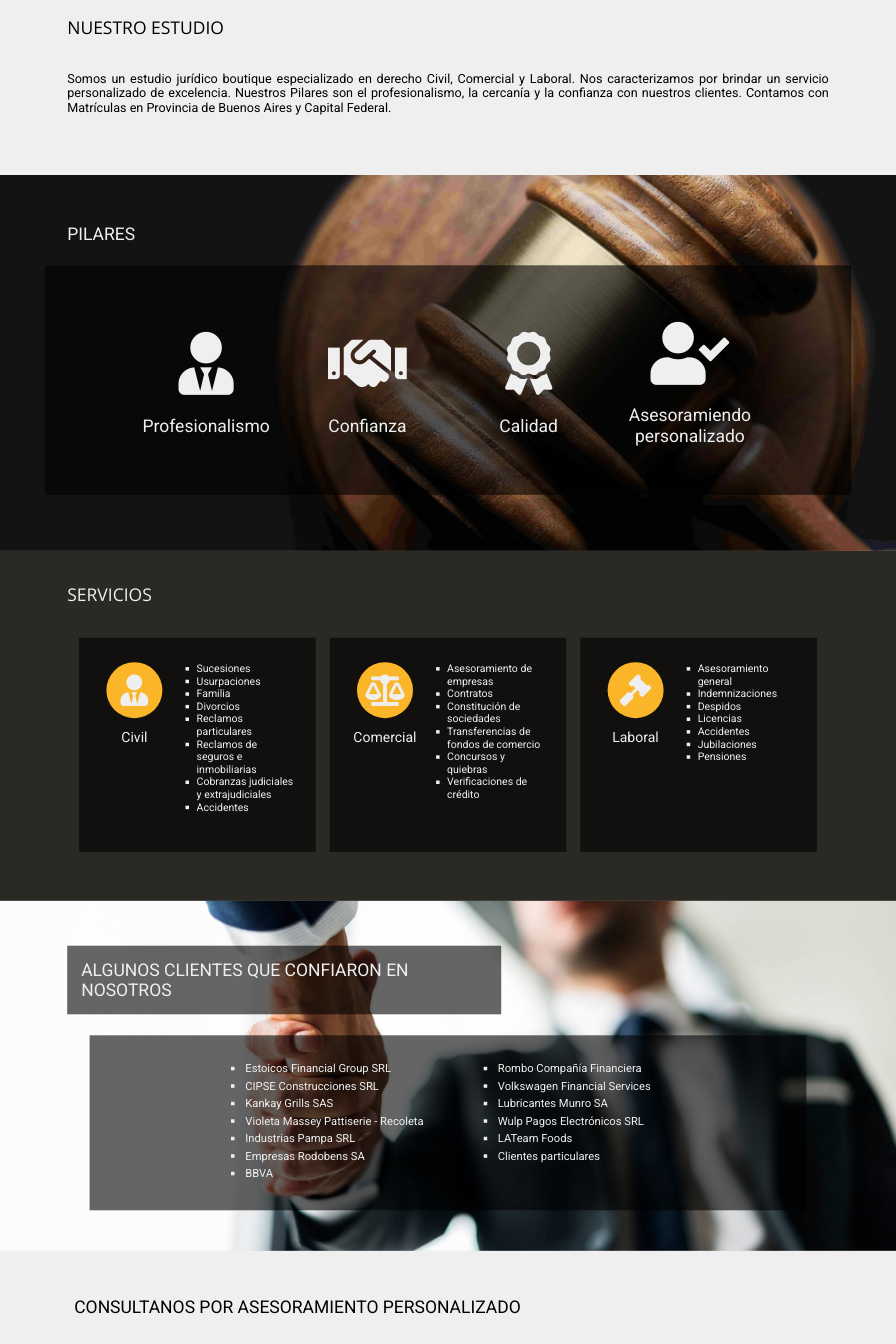
Repository: r-urchi/SML
Page: index.html
An editor plug-in stored every save of this project. The page is shown before and after the next save, followed by the edit.
The browser window is 1280 px wide. The pictures show the part of the page from y = 870 to 2790 px (the page is 3474 px tall before and 3445 px after), at 70% of full size.
Some web libraries are served in a nearby version. The style sheet was rebuilt from its Sass, Less or Tailwind sources for each picture, by a compiler version that may differ from the author's.

Above is the page before, as saved 2021-01-24 11:46:37.

### index.html
<!DOCTYPE html>
<html lang="es">
<head>
    <meta charset="UTF-8">
    <meta name="viewport" content="width=device-width, initial-scale=1.0">
    <meta name="format-detection" content="telephone=no">
    <meta name="description" content="Somos un estudio jurídico boutique especializado en derecho Civil, Comercial y Laboral. Nos caracterizamos por brindar un servicio personalizado de excelencia. Nuestros Pilares son el profesionalismo, la cercanía y la confianza con nuestros clientes. Contamos con Matrículas en Provincia de Buenos Aires y Capital Federal.">
    <meta name="keywords" content="abogados, estudio juridico, argentina, capital federal, buenos aires, asesoria, resolucion, disputas, consulta juridica, legal, bufete de abogados, equipo de abogados, comercial, fuero civil, familia, fuero comercial, fuero laboral, extrajudicial">
    <link rel="preconnect" href="https://fonts.gstatic.com">
    <link rel="stylesheet" href="https://cdnjs.cloudflare.com/ajax/libs/font-awesome/5.13.0/css/all.min.css">
    <script src="js/jquery-3.5.1.min.js"></script>
    <link rel="preconnect" href="https://fonts.gstatic.com">
    <link href="https://fonts.googleapis.com/css2?family=Open+Sans:wght@300;400;700&family=Roboto:wght@300;400;700&display=swap" rel="stylesheet">
    <link rel="stylesheet" href="css/main.css">
    <link rel="icon" type="image/jpg" href="img/icon.ico">
    <title>SML - Abogados</title>
</head>
<body>

    <span class="ir-arriba"><i class="fas fa-chevron-circle-up"></i></span>
    <a href="https://api.whatsapp.com/send?text=&phone=541168524426" target="_blank" class="btn-whatsapp"><span>CONTACTANOS POR WHATSAPP</span><i class="fab fa-whatsapp"></i></a>

    <nav class="nav-desktop">
        <ul class="nav-desktop__lista">
            <li><a href="#home">HOME</a></li>
            <li><a href="#estudio">NUESTRO ESTUDIO</a></li>
            <li><a href="#servicios">SERVICIOS</a></li>
            <li><a href="#clientes">CLIENTES</a></li>
            <li><a href="#contacto">CONTACTO</a></li>
        </ul>
    </nav>

    <header class="header" id="home">

        <div class="portada contenedor-portada">
            <div class="portada__img">
                <img src="img/logo-alta.png" alt="logo">
            </div>

            <div class="portada__datos">
                <p>Laprida 177, piso 2°, Of."6", <br/> (1642) San Isidro, Prov. Bs. As. <br/>
                Tel. 5368-0453/0529<br/>
                Cel. +5411 68524426</p>
            </div>
        </div>

        <div class="contenedor-portada-mobile">

            <div class="nav">
                <div class="nav__logo">
                    <img src="img/logo-alta.png" alt="logo">
                </div>

                <div class="menu-mobile" id="nav">
                    <section class="contenedor nav-mobile">

                        <ul class="enlaces-mobile">
                            <li><a href="#home">HOME</a></li>
                            <li><a href="#estudio">NUESTRO ESTUDIO</a></li>
                            <li><a href="#servicios">SERVICIOS</a></li>
                            <li><a href="#clientes">CLIENTES</a></li>
                            <li><a href="#contacto">CONTACTO</a></li>
                        </ul>


                        <div class="hamburguer">
                            <i class="fas fa-bars" id="iconoMenu" ></i>
                        </div>
                    </section>
                </div>
            </div>

            <div class="portada-titulo">
                <h2>PROFESIONALISMO, CONFIANZA & CALIDAD</h2>
            </div>

            <div class="portada__datos foot">
                <p>Laprida 177, piso 2°, Of."6", <br/> (1642) San Isidro, Prov. Bs. As. <br/>
                Tel. 5368-0453/0529<br/>
                Cel. +5411 68524426</p>
            </div>

        </div>
    </header>

    <section class="estudio contenedor-estudio" id="estudio">

        <div class="estudio__img">
            <img src="img/logo-alta.png" alt="logo">
        </div>

        <div class="estudio__info">
            <h2 class="estudio__titulo">NUESTRO ESTUDIO</h2>

                <p class="estudio__descripcion">
                    Somos un estudio jurídico boutique especializado en derecho Civil, Comercial y Laboral.
                    Nos caracterizamos por brindar un servicio personalizado de excelencia. Nuestros Pilares son el profesionalismo, la cercanía y la confianza con nuestros clientes.
                    Contamos con Matrículas en Provincia de Buenos Aires y Capital Federal.
                </p>

        </div>
    </section>

    <section class="pilares contenedor-pilares">

        <div class="pilares-titulo">
            <h2 class="estudio__titulo-desktop">PILARES</h2>
        </div>

        <div class="pilares__contenedor">
            <h2 class="estudio__titulo-mobile">PILARES</h2>

            <div class="pilares__iconos">
                <div class="pilares__icono-titulo">
                    <span><i class="fas fa-user-tie"></i></span>
                    <p>Profesionalismo</p>
                </div>
                <div class="pilares__icono-titulo">
                    <span><i class="fas fa-handshake"></i></span>
                    <p>Confianza</p>
                </div>
                <div class="pilares__icono-titulo">
                    <span><i class="fas fa-award"></i></span>
                    <p>Calidad</p>
                </div>
                <div class="pilares__icono-titulo">
                    <span><i class="fas fa-user-check"></i></span>
                    <p>Asesoramiendo personalizado</p>
                </div>
            </div>
        </div>

    </section>

    <section class="servicios contenedor-servicios" id="servicios">

        <h2 class="servicios__titulo">SERVICIOS</h2>

        <div class="servicios__item-contenedor">
            <div class="servicios__item">
                <div class="servicios__icono-titulo">
                    <span><i class="fas fa-user-tie"></i></span>
                    <h3>Civil</h3>
                </div>
                <ul>
                    <li>Sucesiones</li>
                    <li>Usurpaciones</li>
                    <li>Familia</li>
                    <li>Divorcios</li>
                    <li>Reclamos particulares</li>
                    <li>Reclamos de seguros e inmobiliarias</li>
                    <li>Cobranzas judiciales y extrajudiciales</li>
                    <li>Accidentes</li>
                </ul>
            </div>
            <div class="servicios__item">
                <div class="servicios__icono-titulo">
                    <span><i class="fas fa-balance-scale"></i></span>
                    <h3>Comercial</h3>
                </div>
                <ul>
                    <li>Asesoramiento de empresas</li>
                    <li>Contratos</li>
                    <li>Constitución de sociedades</li>
                    <li>Transferencias de fondos de comercio</li>
                    <li>Concursos y quiebras</li>
                    <li>Verificaciones de crédito</li>
                </ul>
            </div>
            <div class="servicios__item">
                <div class="servicios__icono-titulo">
                    <span><i class="fas fa-gavel"></i></span>
                    <h3>Laboral</h3>
                </div>
                <ul>
                    <li>Asesoramiento general</li>
                    <li>Indemnizaciones</li>
                    <li>Despidos</li>
                    <li>Licencias</li>
                    <li>Accidentes</li>
                    <li>Jubilaciones</li>
                    <li>Pensiones</li>
                </ul>
            </div>
        </div>

    </section>

    <section class="clientes contenedor-clientes" id="clientes">

        <div class="clientes-titulo">
            <h2 class="clientes__titulo-desktop">ALGUNOS CLIENTES QUE CONFIARON EN NOSOTROS</h2>
        </div>

        <div class="clientes__card">

            <h2 class="clientes__titulo">ALGUNOS CLIENTES QUE CONFIARON EN NOSOTROS</h2>

            <ul class="clientes__mobile">
                <li>Estoicos Financial Group SRL</li>
                <li>CIPSE Construcciones SRL</li>
                <li>Kankay Grills SAS</li>
                <li>Violeta Massey Pattiserie - Recoleta</li>
                <li>Industrias Pampa SRL</li>
                <li>Empresas Rodobens SA</li>
                <li>BBVA</li>
                <li>Rombo Compañía Financiera</li>
                <li>Volkswagen Financial Services</li>
                <li>Lubricantes Munro SA</li>
                <li>Wulp Pagos Electrónicos SRL</li>
                <li>LATeam Foods</li>
                <li>Clientes particulares</li>
            </ul>

            <div class="clientes__desktop">
                <ul >
                    <li>Estoicos Financial Group SRL</li>
                    <li>CIPSE Construcciones SRL</li>
                    <li>Kankay Grills SAS</li>
                    <li>Violeta Massey Pattiserie - Recoleta</li>
                    <li>Industrias Pampa SRL</li>
                    <li>Empresas Rodobens SA</li>
                    <li>BBVA</li>
                </ul>
                <ul>
                    <li>Rombo Compañía Financiera</li>
                    <li>Volkswagen Financial Services</li>
                    <li>Lubricantes Munro SA</li>
                    <li>Wulp Pagos Electrónicos SRL</li>
                    <li>LATeam Foods</li>
                    <li>Clientes particulares</li>
                </ul>
            </div>
        </div>
    </section>

    <section class="contacto contenedor-contacto">

            <div class="contacto__datos" id="contacto">
                <h2>CONSULTANOS POR ASESORAMIENTO PERSONALIZADO</h2>
            </div>

            <form class="formulario" action="contacto.php" method="POST" data-netlify="true">

                <div class="formulario__contenedor">

                    <div class="formulario__grupo nombre">
                        <input type="text" name="nombre" id="" placeholder="Nombre*" maxlength="30" required>
                    </div>

                    <div class="formularo__telYmail">
                        <div class="formulario__grupo email">
                            <input type="email" name="email" id="" placeholder="E-mail*" required>
                        </div>
                        <div class="formulario__grupo telefono">
                            <input type="number" name="telefono" id="" placeholder="Teléfono*" required>
                        </div>
                    </div>
                    <div class="formulario__grupo textarea">
                        <textarea name="consulta" id="" rows="3" placeholder="Consulta*" maxlength="300" required></textarea>
                    </div>

                    <button type="submit" class="formulario__boton">Enviar</button>

                    <!-- <a href="https://api.whatsapp.com/send?text=&phone=541168524426" target="_blank" class="btn-whatsapp"><i class="fab fa-whatsapp"></i>CONTACTANOS POR WHATSAPP</a> -->

                </div>

            </form>

    </section>

    <footer class="footer">

        <div class="footer__contenedor">

            <div class="footer__datos">
                <p>Laprida 177, piso 2°, Of."6", <br> (1642) San Isidro, Prov. Bs. As. <br/>
                Tel. 5368-0453/0529<br/>
                Cel. +5411 68524426</p>
            </div>

            <div class="footer__datos-desktop">
                <p>Laprida 177, piso 2°, Of."6", <br> (1642) San Isidro, Prov. Bs. As. </p>
                <p>Tel. 5368-0453/0529 <br>
                Cel. +5411 68524426</p>
            </div>

            <div class="footer__img">
                <img src="img/logo-alta.png" alt="logo">
            </div>

        </div>

    </footer>

    <script src="js/menuMobile.js"></script>
    <script src="js/botonArriba.js"></script>
</body>
</html>

### css/main.sass
@import _basicos

@import _menu

@import _header

@import _estudio

@import _pilares

@import _servicios

@import clientes

@import _contacto

@import _footer

@import _responsive

### css/_basicos.sass
*
    margin: 0
    padding: 0
    box-sizing: border-box
    --white: #FFFFFF

html
    scroll-behavior: smooth

body
    font-family: 'Roboto', sans-serif
    background: #d5d1d1

button,
a,
input,
textarea
    outline: none

input[type=number]::-webkit-inner-spin-button,
input[type=number]::-webkit-outer-spin-button
  -webkit-appearance: none
  margin: 0

.ir-arriba
    display: none
    background: none
    font-size: 20px
    color: #fab529
    cursor: pointer
    position: fixed
    bottom: 20px
    right: 20px
    i
        font-size: 45px

.btn-whatsapp
    width: 45px
    height: 45px
    padding: 8px
    text-align: center
    background: none
    cursor: pointer
    position: fixed
    background: #25D366
    color: #fff
    bottom: 70px
    right: 20px
    border-radius: 50%
    i
        font-size: 30px
        line-height: 30px
    span
        font-size: 12px
        display: none
        margin-right: 20px
    &:hover
        width: 245px
        border-radius: 50px
        display: -webkit-box
        display: -ms-flexbox
        display: flex
        -webkit-box-align: center
        -ms-flex-align: center
        align-items: center
        -webkit-box-pack: center
        -ms-flex-pack: center
        justify-content: center
        text-decoration: none
        span
            display: -webkit-box
            display: -ms-flexbox
            display: flex

### css/_header.sass
.header
    width: 100%
    display: -webkit-box
    display: -ms-flexbox
    display: flex
    -webkit-box-pack: center
    -ms-flex-pack: center
    justify-content: center
    -webkit-box-align: center
    -ms-flex-align: center
    align-items: center
    .portada
        display: none

.nav
    width: 100%
    height: 80px
    display: -webkit-box
    display: -ms-flexbox
    display: flex
    -webkit-box-pack: justify
    -ms-flex-pack: justify
    justify-content: space-between
    -webkit-box-align: center
    -ms-flex-align: center
    align-items: center
    padding: 20px
    margin-top: 35px
    margin-bottom: 35px

.nav__logo
    width: 100px
    height: 100px
    display: -webkit-box
    display: -ms-flexbox
    display: flex
    -webkit-box-pack: center
    -ms-flex-pack: center
    justify-content: center
    -webkit-box-align: center
    -ms-flex-align: center
    align-items: center
    background: #000000
    img
        width: 90%

.portada-titulo
    width: 90%
    margin: 20px 0
    h2
        color: #ffffff
        background: rgba(0, 0, 0, .6)
        padding: 30px
        text-align: center
        font-size: 20px
        font-weight: 400
        margin-bottom: 150px

.portada__datos
    width: 90%
    margin: 20px 0
    p
        color: #ffffff
        background: rgba(0, 0, 0, .6)
        padding: 10px 30px
        text-align: center
        font-size: 15px

.contenedor-portada-mobile
    width: 100%
    height: 100vh
    display: -webkit-box
    display: -ms-flexbox
    display: flex
    -ms-flex-pack: distribute
    justify-content: space-around
    -webkit-box-align: center
    -ms-flex-align: center
    align-items: center
    -webkit-box-orient: vertical
    -webkit-box-direction: normal
    -ms-flex-direction: column
    flex-direction: column
    background-image: url(../img/law-firm.jpg)
    background-repeat: no-repeat
    background-size: cover
    background-position: center

### css/_estudio.sass
.contenedor-estudio
    width: 100%
    height: 100%
    display: -webkit-box
    display: -ms-flexbox
    display: flex
    -webkit-box-pack: center
    -ms-flex-pack: center
    justify-content: center
    -webkit-box-align: center
    -ms-flex-align: center
    align-items: center
    -webkit-box-orient: vertical
    -webkit-box-direction: normal
    -ms-flex-direction: column
    flex-direction: column
    background: #efefef
    padding: 30px 0 45px 0

.estudio__img
    width: 100%
    display: none
    -webkit-box-pack: center
    -ms-flex-pack: center
    justify-content: center
    margin: 20px 0
    img
        width: 200px

.estudio__info
    width: 80%
    display: -webkit-box
    display: -ms-flexbox
    display: flex
    -webkit-box-pack: center
    -ms-flex-pack: center
    justify-content: center
    -webkit-box-align: center
    -ms-flex-align: center
    align-items: center
    -webkit-box-orient: vertical
    -webkit-box-direction: normal
    -ms-flex-direction: column
    flex-direction: column
    h2
        font-size: 25px
        margin: 20px 0
        font-weight: 400
        font-family: 'Open Sans', sans-serif
    .estudio__descripcion
        font-size: 16px
        text-align: center

### css/_clientes.sass
.contenedor-clientes
    width: 100%
    height: 100%
    display: -webkit-box
    display: -ms-flexbox
    display: flex
    -webkit-box-pack: center
    -ms-flex-pack: center
    justify-content: center
    -webkit-box-align: center
    -ms-flex-align: center
    align-items: center
    -webkit-box-orient: vertical
    -webkit-box-direction: normal
    -ms-flex-direction: column
    flex-direction: column
    background-image: url(../img/clientes.jpg)
    background-repeat: no-repeat
    background-size: cover
    background-position: center

.clientes__desktop
    display: none

.clientes__card
    width: 90%
    background: rgba(0, 0, 0, .6)
    margin: 30px 0
    color: #ffffff
    h2
        font-size: 25px
        margin: 45px 0
        font-weight: 400
        text-align: center
        font-family: 'Open Sans', sans-serif
    ul
        margin: 0 50px 20px 50px
        list-style-type: square

### css/_footer.sass
.footer
    display: -webkit-box
    display: -ms-flexbox
    display: flex
    -webkit-box-pack: center
    -ms-flex-pack: center
    justify-content: center
    -webkit-box-align: center
    -ms-flex-align: center
    align-items: center

.footer__contenedor
    width: 80%
    height: 100%
    display: -webkit-box
    display: -ms-flexbox
    display: flex
    -ms-flex-pack: distribute
    justify-content: space-around
    background: #d5d1d1

.footer__datos
    width: 70%
    color: #575656
    display: -webkit-box
    display: -ms-flexbox
    display: flex
    -webkit-box-pack: center
    -ms-flex-pack: center
    justify-content: center
    -webkit-box-align: center
    -ms-flex-align: center
    align-items: center
    p
        font-size: 14px

.footer__img
    width: 25%
    margin: 30px 0 30px 0
    display: -webkit-box
    display: -ms-flexbox
    display: flex
    -webkit-box-pack: center
    -ms-flex-pack: center
    justify-content: center
    -webkit-box-align: center
    -ms-flex-align: center
    align-items: center
    img
        width: 90px

Loaded but not shown: js/jquery-3.5.1.min.js (library); js/menuMobile.js (30 lines, source omitted); js/botonArriba.js (15 lines, source omitted); css/_responsive.sass (236 lines, source omitted); css/_menu.sass (113 lines, source omitted); css/_servicios.sass (98 lines, source omitted); css/_contacto.sass (116 lines, source omitted); css/_pilares.sass (80 lines, source omitted)

After the next save:
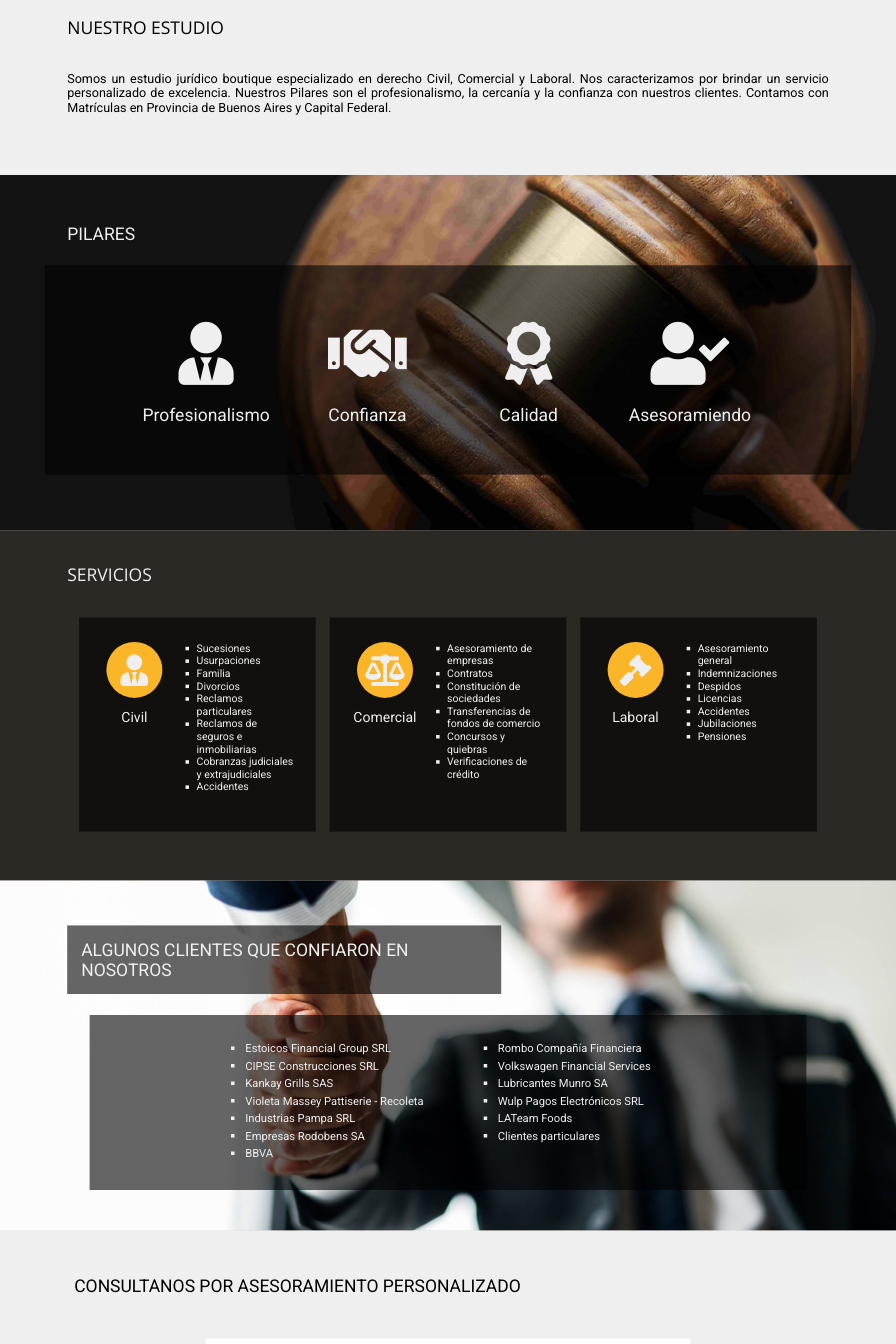
Saved 43 s later.
--- a/index.html
+++ b/index.html
@@ -125,7 +125,7 @@
                 </div>
                 <div class="pilares__icono-titulo">
                     <span><i class="fas fa-user-check"></i></span>
-                    <p>Asesoramiendo personalizado</p>
+                    <p>Asesoramiendo</p>
                 </div>
             </div>
         </div>

After the save that followed:
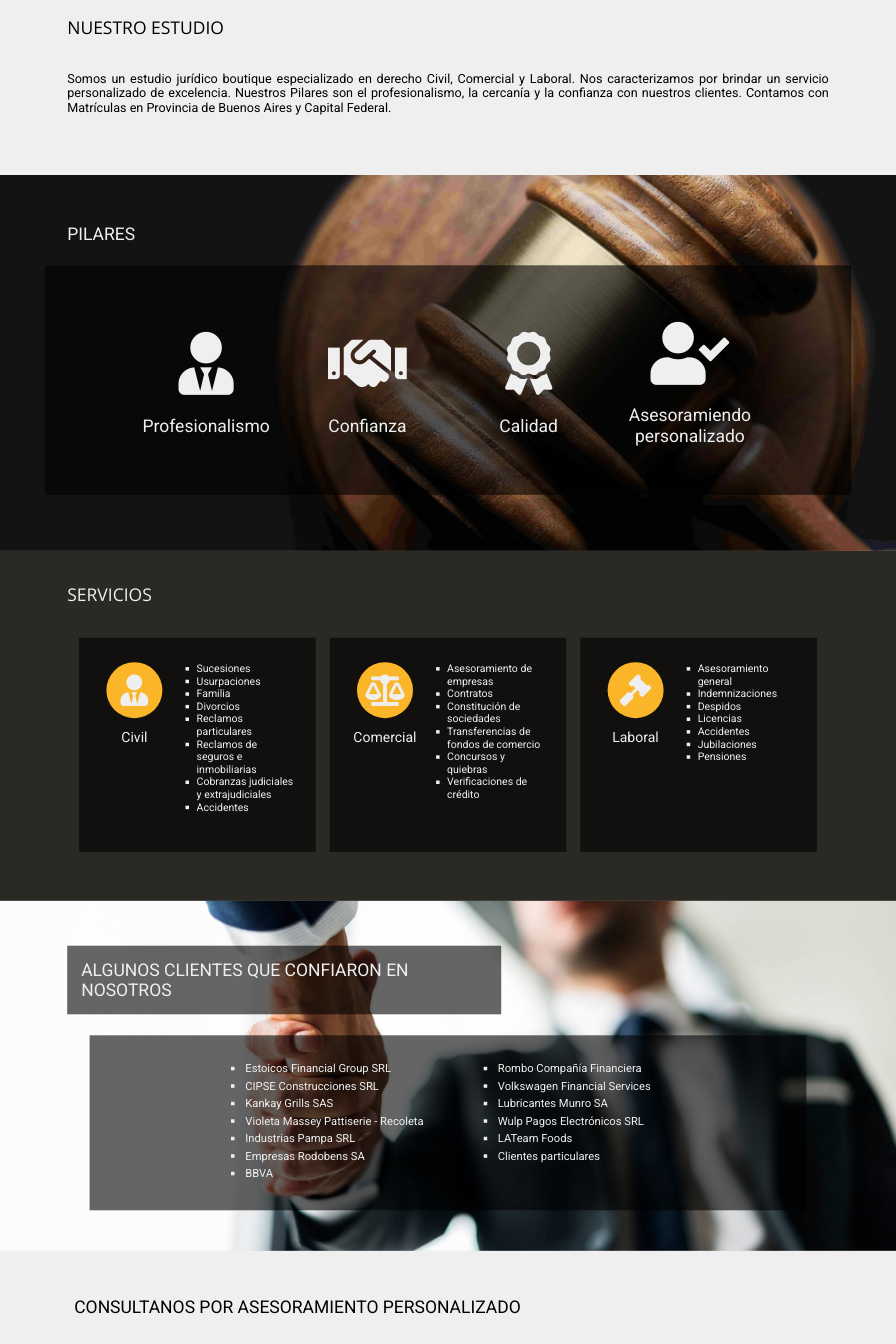
Saved 25 s later.
--- a/index.html
+++ b/index.html
@@ -125,7 +125,7 @@
                 </div>
                 <div class="pilares__icono-titulo">
                     <span><i class="fas fa-user-check"></i></span>
-                    <p>Asesoramiendo</p>
+                    <p>Asesoramiendo personalizado</p>
                 </div>
             </div>
         </div>
